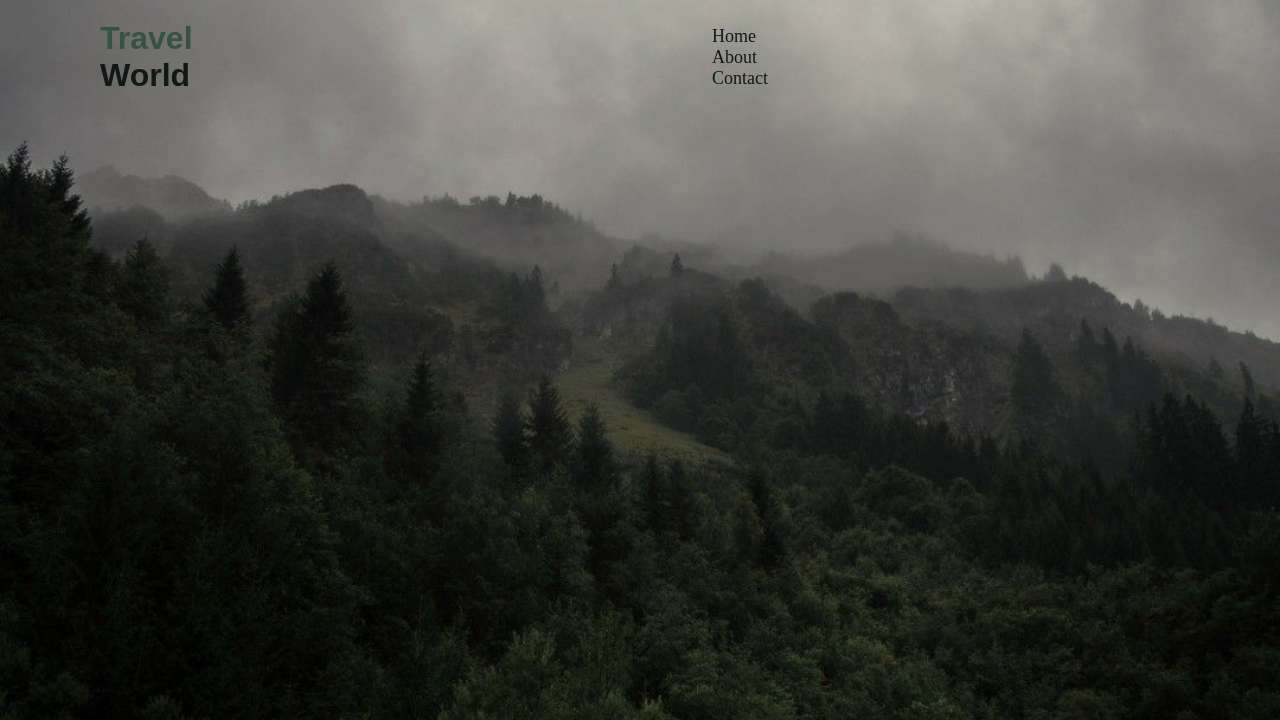
Repository: Haakim19/TravelWorld
Page: html/index.html
The author's editor kept a copy of each file at every save. The page is drawn from the files as they stood at one save, then again after the next save.
The browser window is 1280 px wide. The pictures show the whole page.

Above is the page before, as saved 2024-10-30 23:49:45.

After the next save:
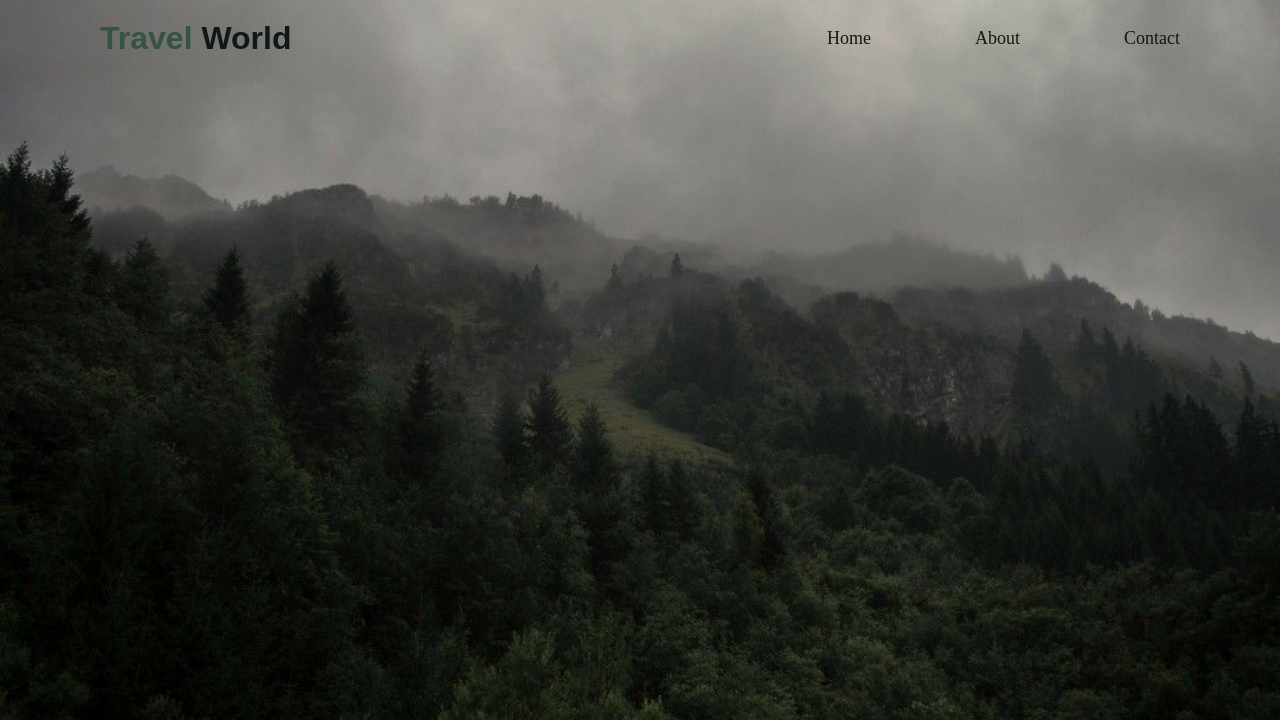
Saved 5 s later.
--- a/css/main.css
+++ b/css/main.css
@@ -47,7 +47,7 @@ body{
     color: var(--color1);
     text-decoration: none;
     font-weight: 500;
-    margin-left: 500px;
+    margin-left: 100px;
 }
 .navbar a::before{
     content: '';
